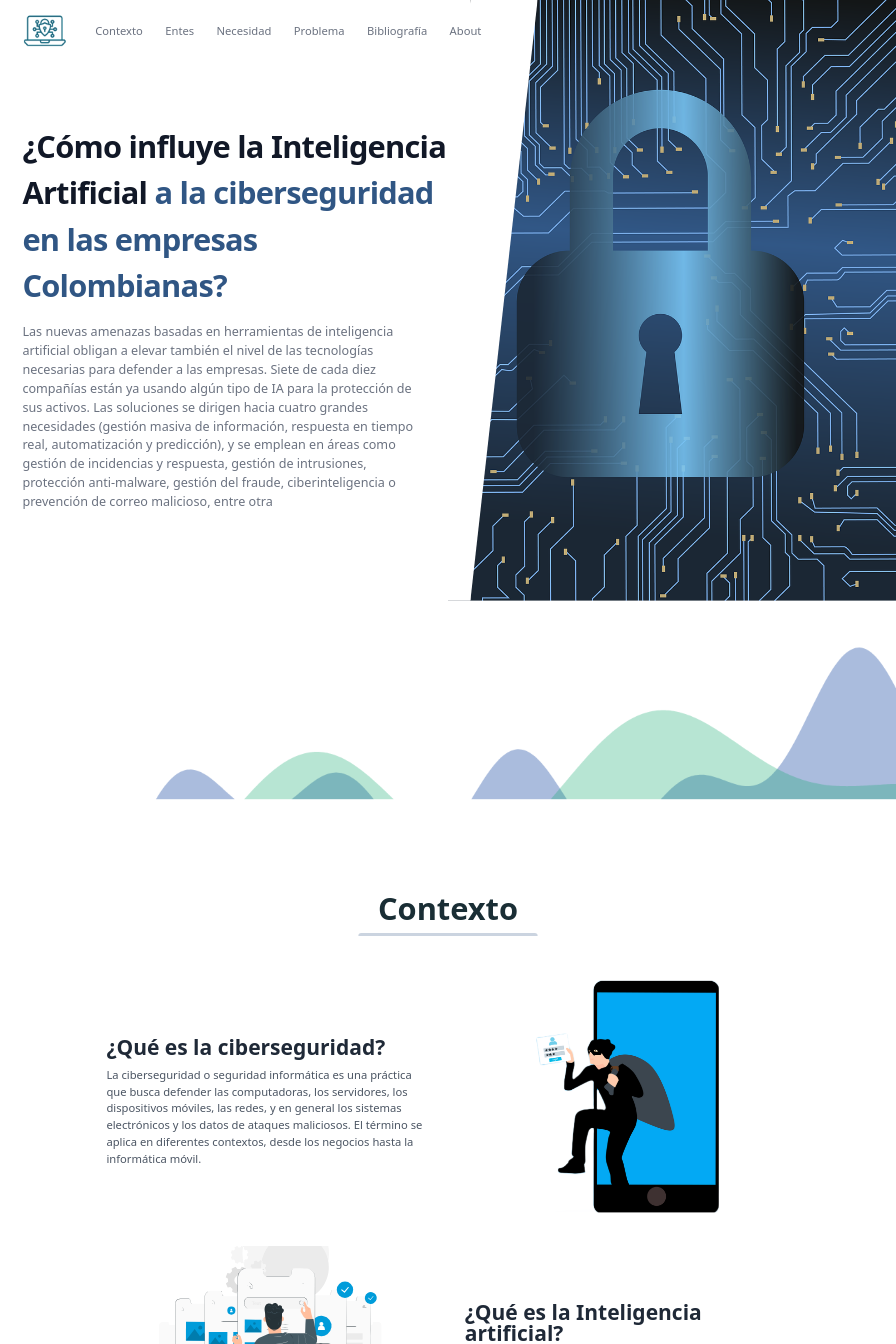
Repository: cardacar/fdi-2022
Page: /
The author's editor kept a copy of each file at every save. The page is drawn from the files as they stood at one save, then again after the next save.
The browser window is 1280 px wide. The pictures show the part of the page from y = 0 to 1920 px (the page is 7064 px tall), at 70% of full size.
The project was rebuilt for these pictures with package versions that can differ from the ones it lists, and the page was loaded fresh each time. The framework's server and built-in components were replaced by stand-ins that run in the browser. Also part of the build but not shown: next.config.js.

Above is the page before, as saved 2022-08-07 16:56:57.

After the next save:
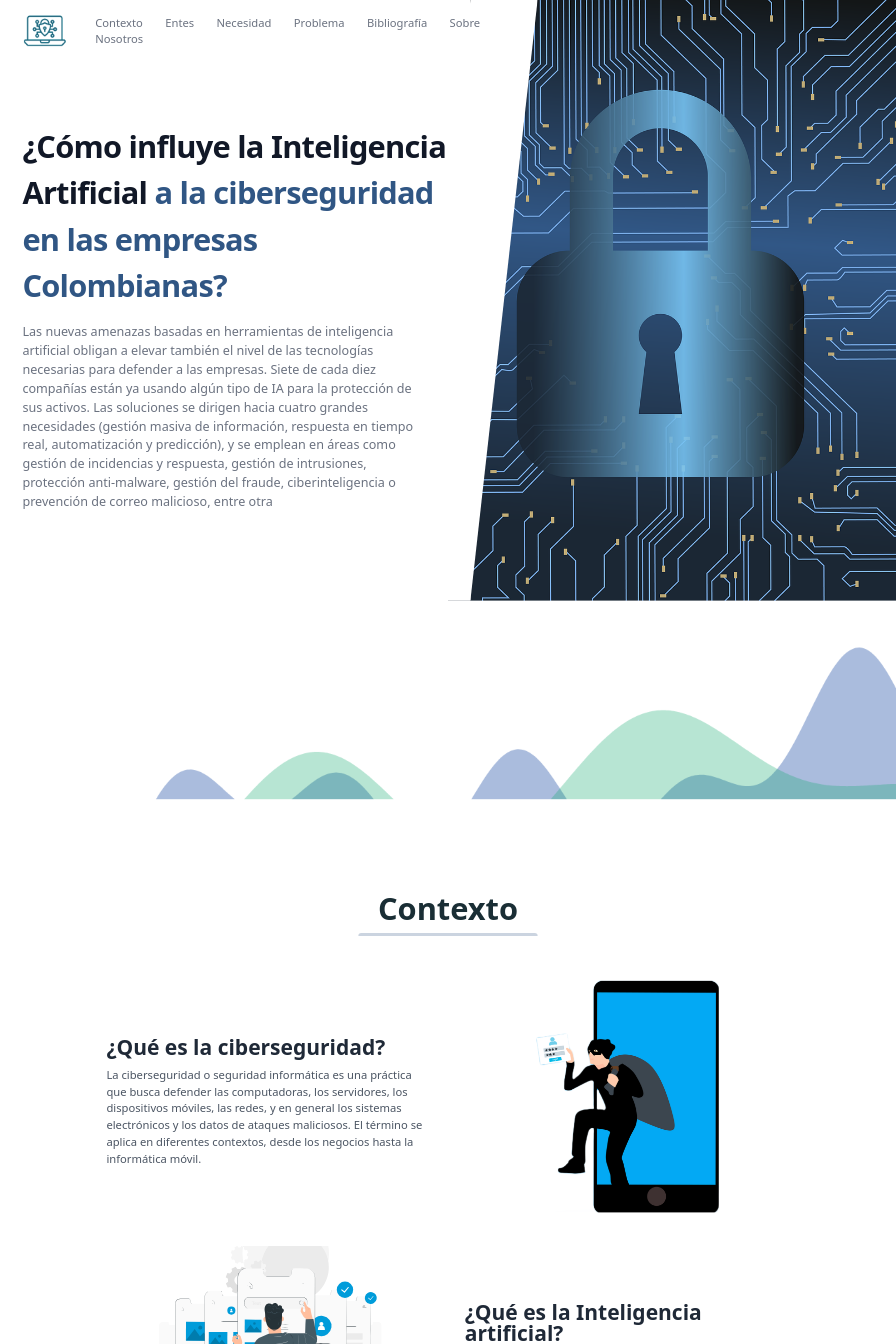
Saved 2 min 55 s later.
--- a/src/config/index.json
+++ b/src/config/index.json
@@ -26,7 +26,7 @@
       "href": "bibliografia"
     },
     {
-      "name": "About",
+      "name": "Sobre Nosotros",
       "href": "about"
     }
   ],
